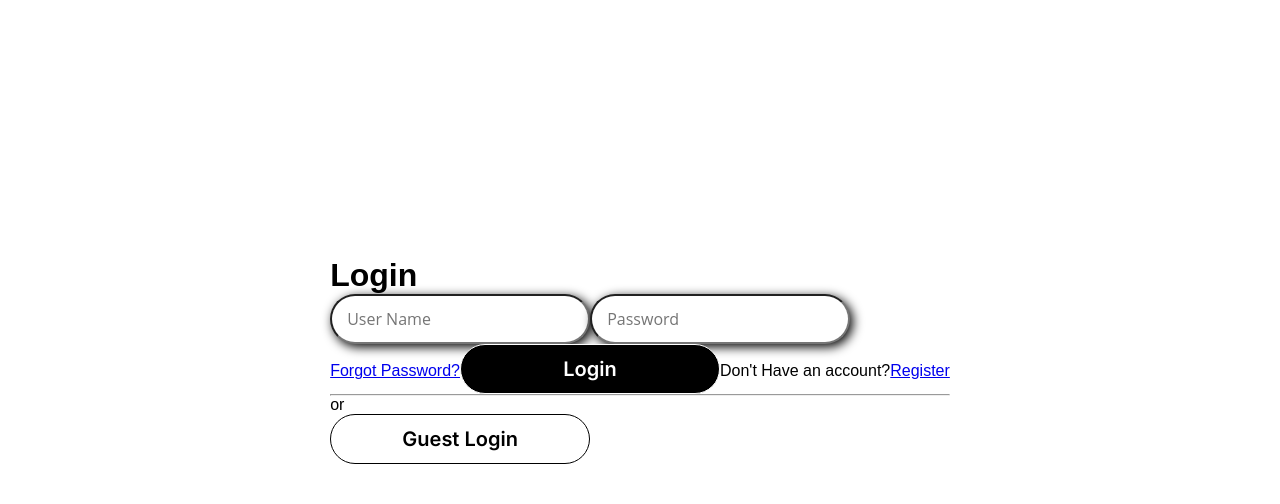
Repository: Cherced/virtualassistant
Page: /Draft
The author's editor kept a copy of each file at every save. The page is drawn from the files as they stood at one save, then again after the next save.
The browser window is 1280 px wide. The pictures show the whole page.
The project was rebuilt for these pictures with package versions that can differ from the ones it lists, and the page was loaded fresh each time. The framework's server and built-in components were replaced by stand-ins that run in the browser.

Above is the page before, as saved 2022-07-15 14:39:28.

After the next save:
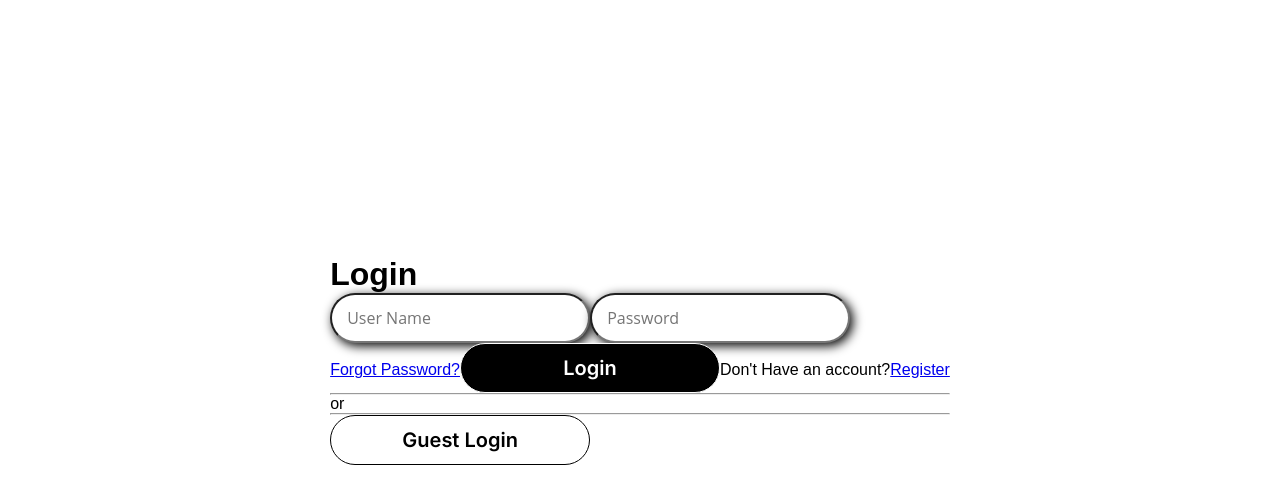
Saved 13 s later.
--- a/components/molecules/login/LoginForm.jsx
+++ b/components/molecules/login/LoginForm.jsx
@@ -26,6 +26,7 @@ export const LoginForm = () => {
           <div className="loginForm__separator">
           <hr className="loginForm__line"/>
           <label  className="loginForm__label--or" >or</label>
+          <hr className="loginForm__line"/>
         </div>
         <BasicButton color="white" type="submit" title="Guest Login"/>
     </form>
